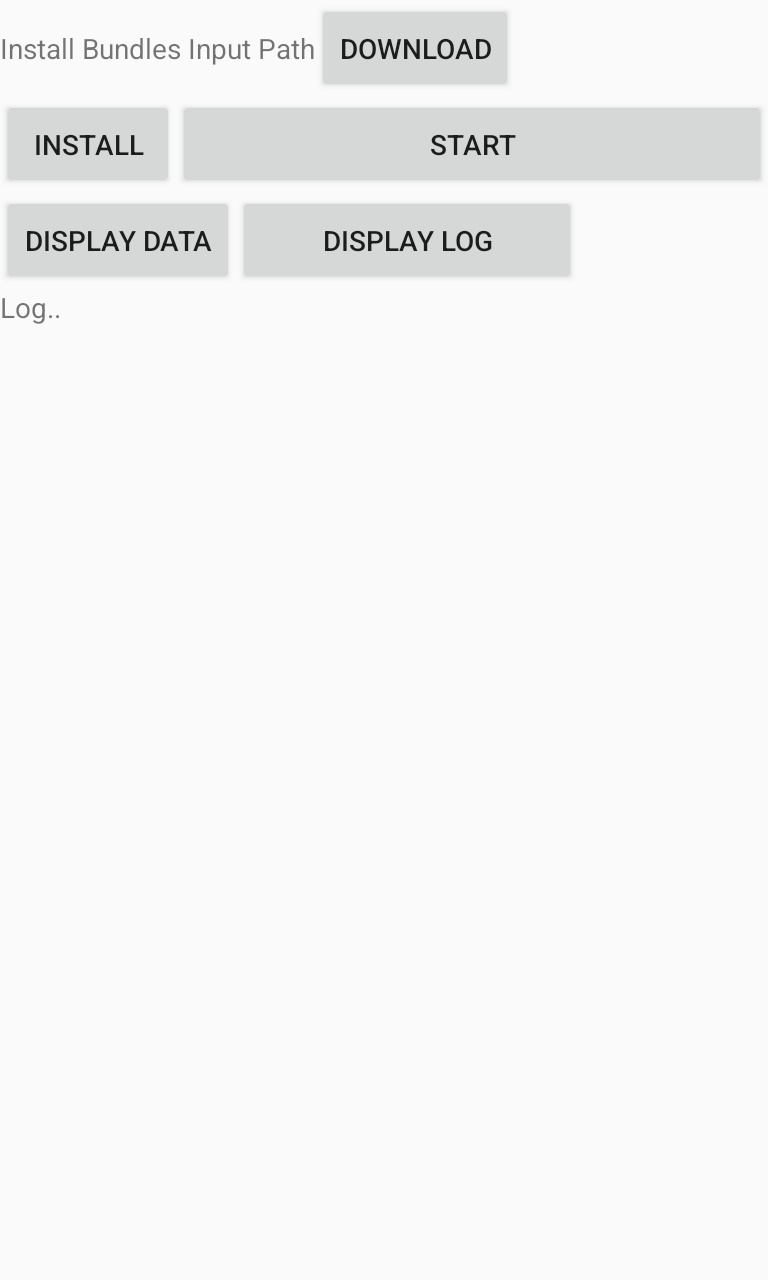
Repository: theodosiac/gyroscope_Rest_Android
Layout: HelloFelix/res/layout/activity_main.xml
An editor plug-in stored every save of this project. The layout is shown before and after the next save, followed by the edit.
It is drawn on a 768 x 1280 px phone screen (xhdpi) without system bars, with theme AppTheme; the app's code is not run.

Above is the layout before, as saved 2015-03-25 19:00:48.

After the next save:
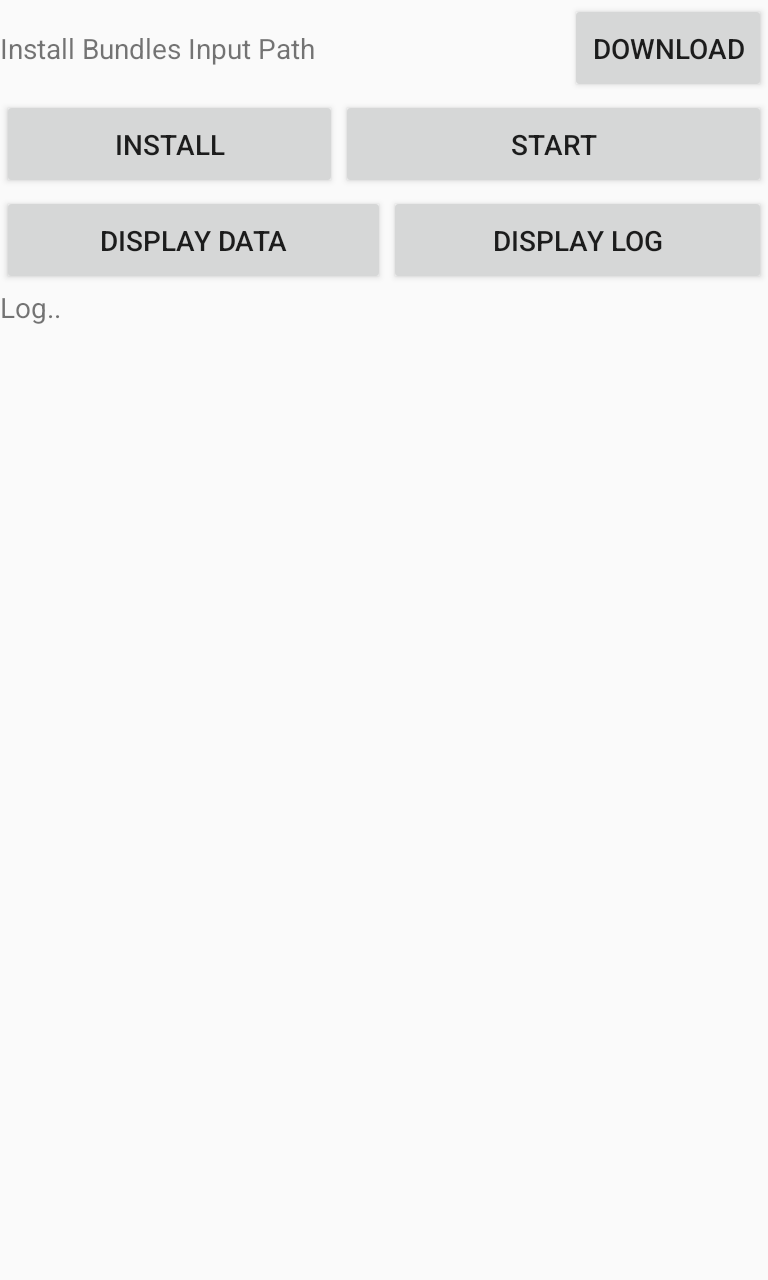
Saved 84 s later.
--- a/HelloFelix/res/layout/activity_main.xml
+++ b/HelloFelix/res/layout/activity_main.xml
@@ -6,21 +6,24 @@
     tools:context=".MainActivity" >
 
     	<LinearLayout
-		    android:layout_width="match_parent"
-		    android:layout_height="wrap_content"
-		    android:orientation="horizontal">
- 		     <TextView
-		        android:id="@+id/textView1"
-		        android:layout_width="wrap_content"
-		        android:layout_height="wrap_content"
-		        android:text="Install Bundles Input Path" />
-		     <Button
-		        android:id="@+id/button5"
-		        android:layout_width="wrap_content"
-		        android:layout_height="wrap_content"
-		        android:onClick="DownloadBundle"
-		        android:text="Download" />
-	    </LinearLayout>
+    	    android:layout_width="match_parent"
+    	    android:layout_height="wrap_content"
+    	    android:orientation="horizontal" >
+
+    	    <TextView
+    	        android:id="@+id/textView1"
+    	        android:layout_width="wrap_content"
+    	        android:layout_height="wrap_content"
+    	        android:layout_weight="0.93"
+    	        android:text="Install Bundles Input Path" />
+
+    	    <Button
+    	        android:id="@+id/button5"
+    	        android:layout_width="wrap_content"
+    	        android:layout_height="wrap_content"
+    	        android:onClick="DownloadBundle"
+    	        android:text="Download" />
+    	</LinearLayout>
 
 		<LinearLayout
 		    android:layout_width="match_parent"
@@ -32,6 +35,7 @@
 		        android:layout_width="wrap_content"
 		        android:layout_height="wrap_content"
 		        android:layout_gravity="center_vertical"
+		        android:layout_weight="0.26"
 		        android:onClick="InstallBundles"
 		        android:text="@string/installBundles" />
 
@@ -39,30 +43,34 @@
 		        android:id="@+id/button4"
 		        android:layout_width="wrap_content"
 		        android:layout_height="wrap_content"
-		        android:layout_weight="0.68"
+		        android:layout_weight="0.40"
 		        android:onClick="StartBundles"
 		        android:text="Start" />
 		</LinearLayout>
 
 		<LinearLayout
-			    android:layout_width="match_parent"
-			    android:layout_height="wrap_content"
-			    android:orientation="horizontal" >
-		  <Button
+		    android:layout_width="match_parent"
+		    android:layout_height="wrap_content"
+		    android:orientation="horizontal" >
+
+		    <Button
 		        android:id="@+id/button1"
 		        android:layout_width="wrap_content"
 		        android:layout_height="wrap_content"
+		        android:layout_weight="0.35"
 		        android:onClick="displayData"
 		        android:text="@string/button_displayData" />
 
-		  <Button
-		      android:id="@+id/button3"
-		      android:layout_width="171dp"
-		      android:layout_height="wrap_content"
-		      android:onClick="displayLog"
-		      android:text="@string/button_displayLog" />
+		    <Button
+		        android:id="@+id/button3"
+		        android:layout_width="171dp"
+		        android:layout_height="wrap_content"
+		        android:layout_weight="0.09"
+		        android:onClick="displayLog"
+		        android:text="@string/button_displayLog" />
 
-	   </LinearLayout>
+		</LinearLayout>
+
 	<LinearLayout
 			    android:layout_width="match_parent"
 			    android:layout_height="wrap_content"
